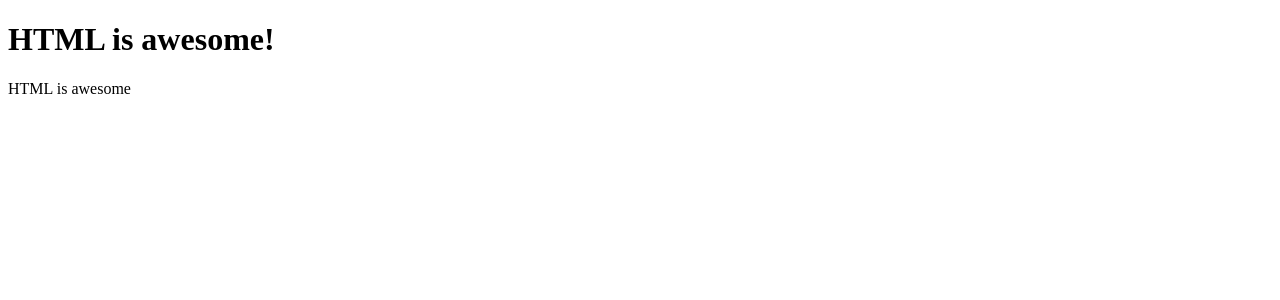
Repository: W0474997SteveArmstrong/udacity-frontenddeveloper-challenge
Page: index.html
The author's editor kept a copy of each file at every save. The page is drawn from the files as they stood at one save, then again after the next save.
The browser window is 1280 px wide. The pictures show the whole page.

Above is the page before, as saved 2023-02-06 13:49:36.

After the next save:
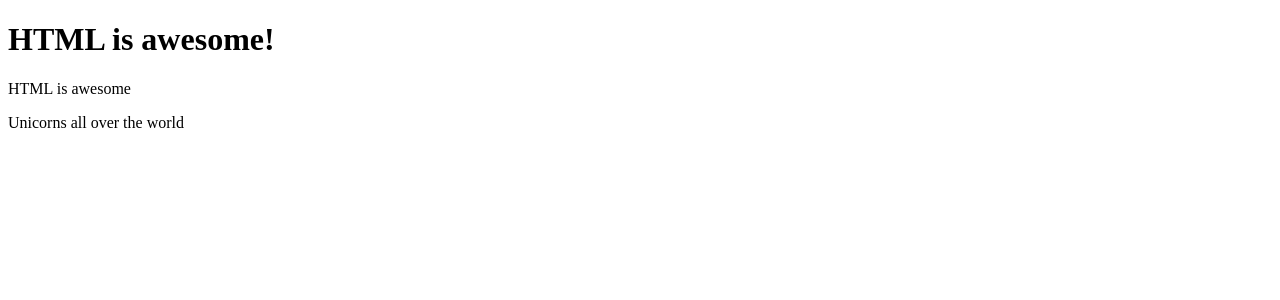
Saved 6 s later.
--- a/index.html
+++ b/index.html
@@ -9,6 +9,6 @@
 <body>
     <h1>HTML is awesome!</h1>
     <p>HTML is awesome</p>
-    <div id="unicorns"></div>
+    <div id="unicorns">Unicorns all over the world</div>
 </body>
 </html>
